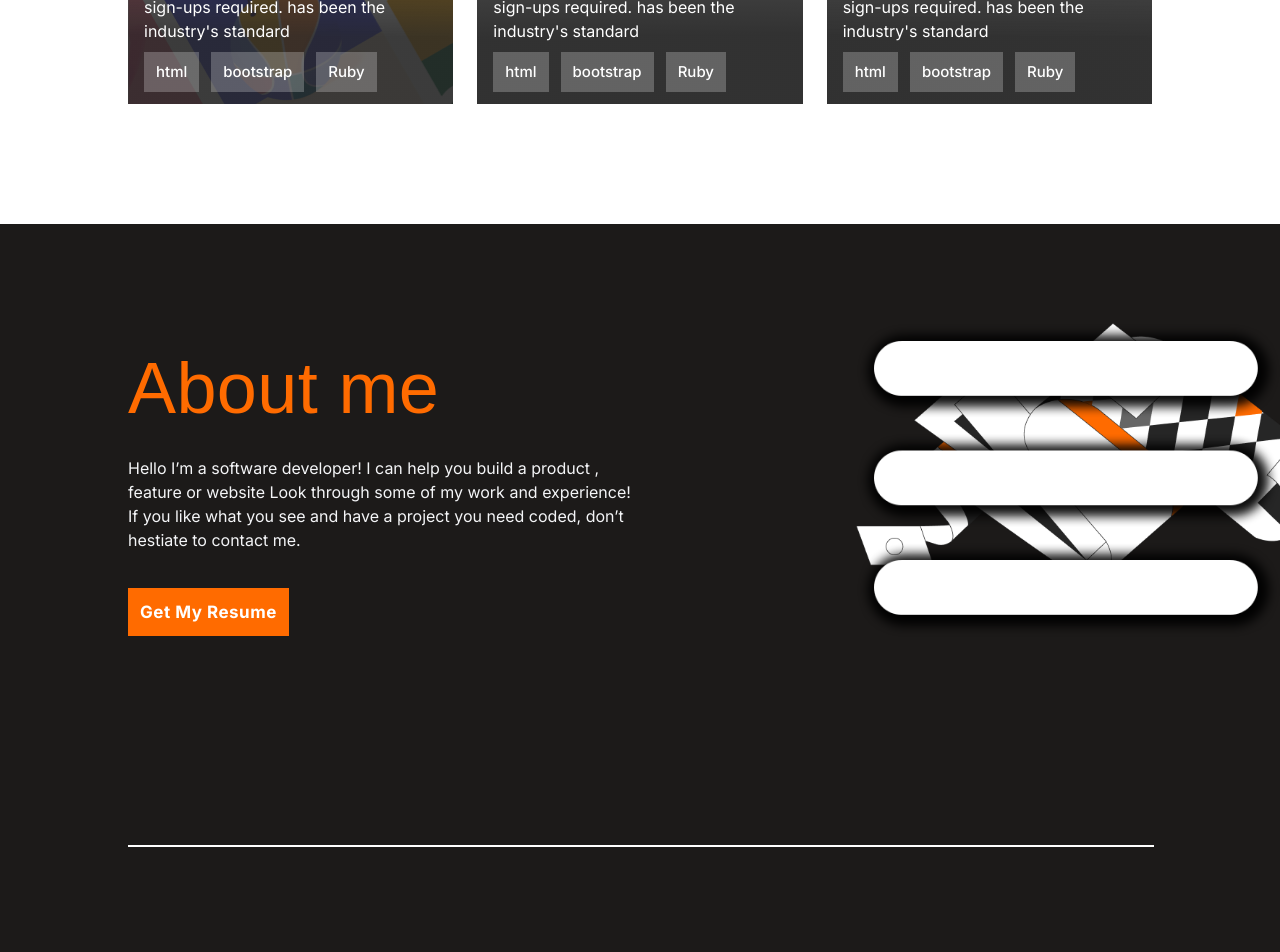
Repository: camilevahviraki/Portfolio
Page: index.html
The author's editor kept a copy of each file at every save. The page is drawn from the files as they stood at one save, then again after the next save.
The browser window is 1280 px wide. The pictures show the part of the page from y = 2567 to 3519 px (the page is 4849 px tall).
Pictures or frames that could not be fetched are drawn as grey boxes. A picture or video elsewhere on the page could not be fetched, so the positions and the page height are approximate. Some web fonts or font styles are not loaded; a fallback is used.

Above is the page before, as saved 2022-03-25 12:51:59.

After the next save:
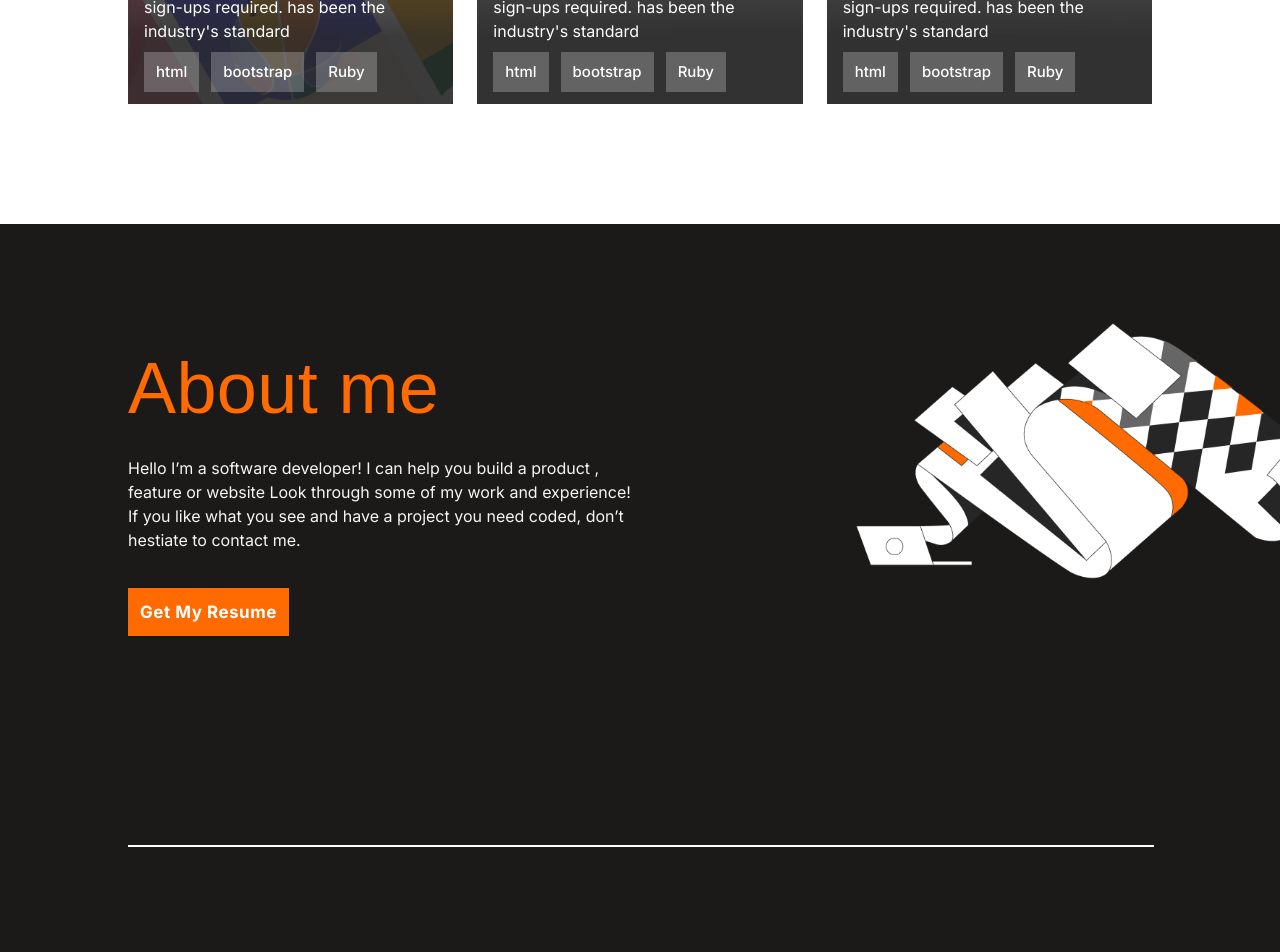
Saved 14 s later.
--- a/index.html
+++ b/index.html
@@ -187,7 +187,6 @@
       </p>
       <button class="btn_about">Get My Resume</button>
       <img src="./images_desk/Frame_about_me.png" alt="" class="img_about_me" />
-      <img src="./images/clipart365828.png" alt="" class="img_about_me" />
       <div class="bottom_line"></div>
 
       <div class="languages_div">
